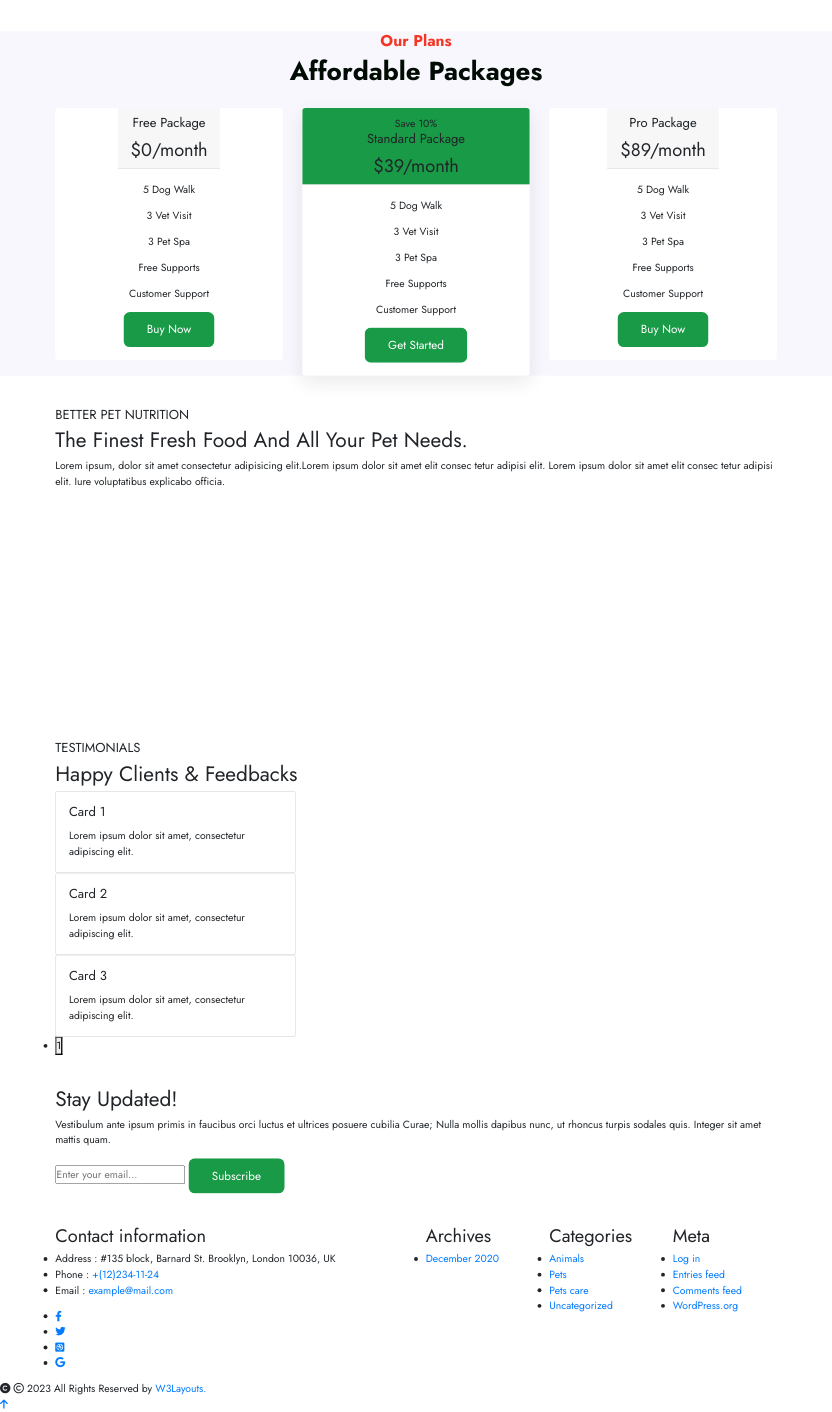
Repository: thanhfrankie/poochcare
Page: index.html
An editor plug-in stored every save of this project. The page is shown before and after the next save, followed by the edit.
The browser window is 1280 px wide. The pictures show the whole page, at 65% of full size.
Pictures or frames that could not be fetched are drawn as grey boxes.

Above is the page before, as saved 2023-12-20 22:04:26.

### index.html
<!DOCTYPE html>
<html lang="en">
  <head>
    <title>Pooch Care</title>
    <!-- Required meta tags -->
    <meta charset="utf-8" />
    <meta
      name="viewport"
      content="width=device-width, initial-scale=1, shrink-to-fit=no"
    />
    <!-- FONT AWESOME -->
    <link
      rel="stylesheet"
      href="https://cdnjs.cloudflare.com/ajax/libs/font-awesome/6.4.2/css/all.min.css"
      integrity="sha512-z3gLpd7yknf1YoNbCzqRKc4qyor8gaKU1qmn+CShxbuBusANI9QpRohGBreCFkKxLhei6S9CQXFEbbKuqLg0DA=="
      crossorigin="anonymous"
      referrerpolicy="no-referrer"
    />
    <!-- Bootstrap CSS -->
    <link
      rel="stylesheet"
      href="https://stackpath.bootstrapcdn.com/bootstrap/4.3.1/css/bootstrap.min.css"
      integrity="sha384-ggOyR0iXCbMQv3Xipma34MD+dH/1fQ784/j6cY/iJTQUOhcWr7x9JvoRxT2MZw1T"
      crossorigin="anonymous"
    />
    <!-- Font Jost -->
    <link rel="preconnect" href="https://fonts.googleapis.com" />
    <link rel="preconnect" href="https://fonts.gstatic.com" crossorigin />
    <link
      href="https://fonts.googleapis.com/css2?family=Jost:wght@300;400;700&display=swap"
      rel="stylesheet"
    />
    <!-- Pricing CSS -->
    <link rel="stylesheet" href="./css/pricing.css" />
    <!-- pet food CSS (em đặt tên nutrition hay pet-nutrition hay pet__nutrition nó không cho đặt vậy ạ) -->
    <link rel="stylesheet" href="./css/petfood.css" />
    <!-- Testimonials CSS -->
    <link rel="stylesheet" href="./css/testimonials.css" />
    <!-- Subscribe CSS -->
    <link rel="stylesheet" href="./css/subscribe.css" />
    <!-- footer CSS -->
    <link rel="stylesheet" href="./css/footer.css" />
    <!-- Main CSS -->
    <link rel="stylesheet" href="./css/style.css" />
  </head>
  <body>
    <!-- Pricing -->
    <section class="pricing" id="pricing">
      <div class="container mt-5">
        <div class="title">
          <h4>Our Plans</h4>
          <h2>Affordable Packages</h2>
        </div>
        <div class="row mt-6">
          <!-- Pricing Card 1 -->
          <div class="col-lg-4">
            <div class="card">
              <div class="card-header">
                <h5 class="card-title">Free Package</h5>
                <h3 class="card-text">$0/month</h3>
              </div>
              <div class="card-body">
                <p class="card-text">5 Dog Walk</p>
                <p class="card-text">3 Vet Visit</p>
                <p class="card-text">3 Pet Spa</p>
                <p class="card-text">Free Supports</p>
                <p class="card-text">Customer Support</p>
                <a href="#" class="btn btn-buy">Buy Now</a>
              </div>
            </div>
          </div>

          <!-- Pricing Card 2 -->
          <div class="col-lg-4">
            <div class="card card2">
              <div class="card-header">
                <div class="card-save">Save 10%</div>
                <h5 class="card-title">Standard Package</h5>
                <h3 class="card-text">$39/month</h3>
              </div>
              <div class="card-body">
                <p class="card-text">5 Dog Walk</p>
                <p class="card-text">3 Vet Visit</p>
                <p class="card-text">3 Pet Spa</p>
                <p class="card-text">Free Supports</p>
                <p class="card-text">Customer Support</p>
                <a href="#" class="btn btn-buy">Get Started</a>
              </div>
            </div>
          </div>

          <!-- Pricing Card 3 -->
          <div class="col-lg-4">
            <div class="card">
              <div class="card-header">
                <h5 class="card-title">Pro Package</h5>
                <h3 class="card-text">$89/month</h3>
              </div>
              <div class="card-body">
                <p class="card-text">5 Dog Walk</p>
                <p class="card-text">3 Vet Visit</p>
                <p class="card-text">3 Pet Spa</p>
                <p class="card-text">Free Supports</p>
                <p class="card-text">Customer Support</p>
                <a href="#" class="btn btn-buy">Buy Now</a>
              </div>
            </div>
          </div>
        </div>
      </div>
    </section>
    <!-- PET NUTRITION -->
    <section class="nutrition">
      <div class="container mt-5">
        <h5>BETTER PET NUTRITION</h5>
        <h2>The Finest Fresh Food And All Your Pet Needs.</h2>
        <p>
          Lorem ipsum, dolor sit amet consectetur adipisicing elit.Lorem ipsum
          dolor sit amet elit consec tetur adipisi elit. Lorem ipsum dolor sit
          amet elit consec tetur adipisi elit. Iure voluptatibus explicabo
          officia.
        </p>
        <iframe
          width="560"
          height="315"
          src="https://www.youtube.com/embed/JXUTJNv4j6A?si=1nzgvqwKbkVzJ4BS"
          title="YouTube video player"
          frameborder="0"
          allow="accelerometer; autoplay; clipboard-write; encrypted-media; gyroscope; picture-in-picture; web-share"
          allowfullscreen
        ></iframe>
      </div>
    </section>
    <!-- TESTIMONIALS -->
    <section class="testimonial">
      <div class="container mt-5">
        <h5>TESTIMONIALS</h5>
        <h2>Happy Clients & Feedbacks</h2>
        <div class="slick-carousel">
          <!-- Slick Carousel Item 1 -->
          <div class="card">
            <div class="card-body">
              <h5 class="card-title">Card 1</h5>
              <p class="card-text">
                Lorem ipsum dolor sit amet, consectetur adipiscing elit.
              </p>
            </div>
          </div>

          <!-- Slick Carousel Item 2 -->
          <div class="card">
            <div class="card-body">
              <h5 class="card-title">Card 2</h5>
              <p class="card-text">
                Lorem ipsum dolor sit amet, consectetur adipiscing elit.
              </p>
            </div>
          </div>

          <!-- Slick Carousel Item 3 -->
          <div class="card">
            <div class="card-body">
              <h5 class="card-title">Card 3</h5>
              <p class="card-text">
                Lorem ipsum dolor sit amet, consectetur adipiscing elit.
              </p>
            </div>
          </div>
        </div>
      </div>
    </section>
    <!-- Subscribe -->
    <section class="subscribe">
      <div class="container mt-5">
        <h2>Stay Updated!</h2>
        <p>
          Vestibulum ante ipsum primis in faucibus orci luctus et ultrices
          posuere cubilia Curae; Nulla mollis dapibus nunc, ut rhoncus turpis
          sodales quis. Integer sit amet mattis quam.
        </p>
        <input
          type="email"
          name=""
          id="subscribe"
          placeholder="Enter your email..."
        />
        <button class="btn">Subscribe</button>
      </div>
    </section>
    <footer>
      <div class="container mt-5">
        <div class="row">
          <div class="col-lg-6">
            <h3>Contact information</h3>
            <ul class="footer__contact">
              <li>
                Address : #135 block, Barnard St. Brooklyn, London 10036, UK
              </li>
              <li>
                Phone :
                <span>
                  <a href="#">+(12)234-11-24</a>
                </span>
              </li>
              <li>
                Email :
                <span>
                  <a href="#">example@mail.com</a>
                </span>
              </li>
            </ul>
            <ul class="footer__social">
              <li>
                <a href="https://www.facebook.com/w3layouts/">
                  <i class="fa-brands fa-facebook-f"></i
                ></a>
              </li>
              <li>
                <a href="https://twitter.com/W3layouts"
                  ><i class="fa-brands fa-twitter"></i
                ></a>
              </li>
              <li>
                <a href="https://dribbble.com/w3layouts"
                  ><i class="fa-brands fa-square-dribbble"></i
                ></a>
              </li>
              <li>
                <a href="https://myaccount.google.com/intro/profile"
                  ><i class="fa-brands fa-google"></i
                ></a>
              </li>
            </ul>
          </div>
          <div class="col-lg-6">
            <div class="row">
              <div class="col-sm-4">
                <h3>Archives</h3>
                <ul>
                  <li>
                    <a href="#"> December 2020 </a>
                  </li>
                </ul>
              </div>
              <div class="col-sm-4">
                <h3>Categories</h3>
                <ul>
                  <li>
                    <a href="#"> Animals </a>
                  </li>
                  <li>
                    <a href="#"> Pets </a>
                  </li>
                  <li>
                    <a href="#"> Pets care </a>
                  </li>
                  <li>
                    <a href="#"> Uncategorized </a>
                  </li>
                </ul>
              </div>
              <div class="col-sm-4">
                <h3>Meta</h3>
                <ul>
                  <li>
                    <a href="#"> Log in </a>
                  </li>
                  <li>
                    <a href="#"> Entries feed </a>
                  </li>
                  <li>
                    <a href="#"> Comments feed </a>
                  </li>
                  <li>
                    <a href="#"> WordPress.org </a>
                  </li>
                </ul>
              </div>
            </div>
          </div>
        </div>
      </div>
      <div class="copyright">
        <i class="fa fa-copyright" aria-hidden="true"></i>
        <i class="fa-regular fa-copyright"></i>
        <span
          >2023 All Rights Reserved by
          <a href="https://w3layouts.com/">W3Layouts.</a></span
        >
      </div>
    </footer>
    <a href="#" class="backToTop cd-top text-replace js-cd-top">
      <i class="fa fa-arrow-up"></i>
    </a>
    <!-- Optional JavaScript -->
    <!-- jQuery first, then Popper.js, then Bootstrap JS -->
    <script
      src="https://code.jquery.com/jquery-3.3.1.slim.min.js"
      integrity="sha384-q8i/X+965DzO0rT7abK41JStQIAqVgRVzpbzo5smXKp4YfRvH+8abtTE1Pi6jizo"
      crossorigin="anonymous"
    ></script>
    <script
      src="https://cdnjs.cloudflare.com/ajax/libs/popper.js/1.14.7/umd/popper.min.js"
      integrity="sha384-UO2eT0CpHqdSJQ6hJty5KVphtPhzWj9WO1clHTMGa3JDZwrnQq4sF86dIHNDz0W1"
      crossorigin="anonymous"
    ></script>
    <script
      src="https://stackpath.bootstrapcdn.com/bootstrap/4.3.1/js/bootstrap.min.js"
      integrity="sha384-JjSmVgyd0p3pXB1rRibZUAYoIIy6OrQ6VrjIEaFf/nJGzIxFDsf4x0xIM+B07jRM"
      crossorigin="anonymous"
    ></script>
    <!-- slick carousel  -->
    <script
      src="https://cdnjs.cloudflare.com/ajax/libs/slick-carousel/1.8.1/slick.min.js"
      integrity="sha512-XtmMtDEcNz2j7ekrtHvOVR4iwwaD6o/FUJe6+Zq+HgcCsk3kj4uSQQR8weQ2QVj1o0Pk6PwYLohm206ZzNfubg=="
      crossorigin="anonymous"
      referrerpolicy="no-referrer"
    ></script>
    <script>
      // Initialize Slick Carousel
      $(".slick-carousel").slick({
        slidesToShow: 3,
        slidesToScroll: 1,
        dots: true,
        prevArrow: '<button type="button" class="slick-prev">&#9665;</button>',
        nextArrow: '<button type="button" class="slick-next">&#9655;</button>',
        responsive: [
          {
            breakpoint: 768,
            settings: {
              slidesToShow: 2,
            },
          },
          {
            breakpoint: 576,
            settings: {
              slidesToShow: 1,
            },
          },
        ],
      });
    </script>
  </body>
</html>

### css/pricing.css
.pricing {
  background-color: #f9f7fe;
}
.pricing .container {
  width: 100%;
}
.pricing .container .title {
  display: flex;
  justify-content: center;
  align-items: center;
  flex-direction: column;
  padding-bottom: 25px;
}
.pricing .container .title h4 {
  color: #f53626;
  font-weight: 550;
}
.pricing .title h2 {
  font-size: 40px;
  font-weight: 600;
  line-height: 48px;
  text-transform: capitalize;
  color: #000c04;
}
.pricing .container .row {
  /* border: 1px solid blue; */
}
.pricing .container .row .card {
  display: flex;
  justify-content: center;
  align-items: center;
  flex-direction: column;
  text-align: center;
  background-color: #ffffff;
  border-radius: 5px;
  border: none;
}
.pricing .container .row .card2 {
  box-shadow: 0 10px 30px 0 rgba(17, 17, 17, 0.09);
  z-index: 1;
}
.pricing .container .row .card2 .card-header {
  width: 100%;
  background-color: #189a46;
  border-top-right-radius: 5px;
  border-top-left-radius: 5px;
  line-height: 1.5;
}
.btn-buy {
    background-color: #189a46;
}
.btn-buy:hover,.btn {
    background-color: #189a46;
    padding: 12px 35px;
    font-size: 18px;
    line-height: 28px;
    text-transform: capitalize;
    font-weight: 400;
    color: white;
    border-radius: 10px;
}
.btn:hover {
    color: #fff;
    background-color: #116E32;
    border-color: #116E32;
}

### css/testimonials.css
TESTIMONIALS

### css/style.css
/* Global */
* {
  padding: 0;
  margin: 0;
  box-sizing: border-box;
}
html,
body {
  font-family: "Jost", sans-serif;
}

Loaded but not shown: css/footer.css (no copy from this time; the picture is the same without it); css/petfood.css (no copy from this time; the picture is the same without it); css/subscribe.css (no copy from this time; the picture is the same without it)

After the next save:
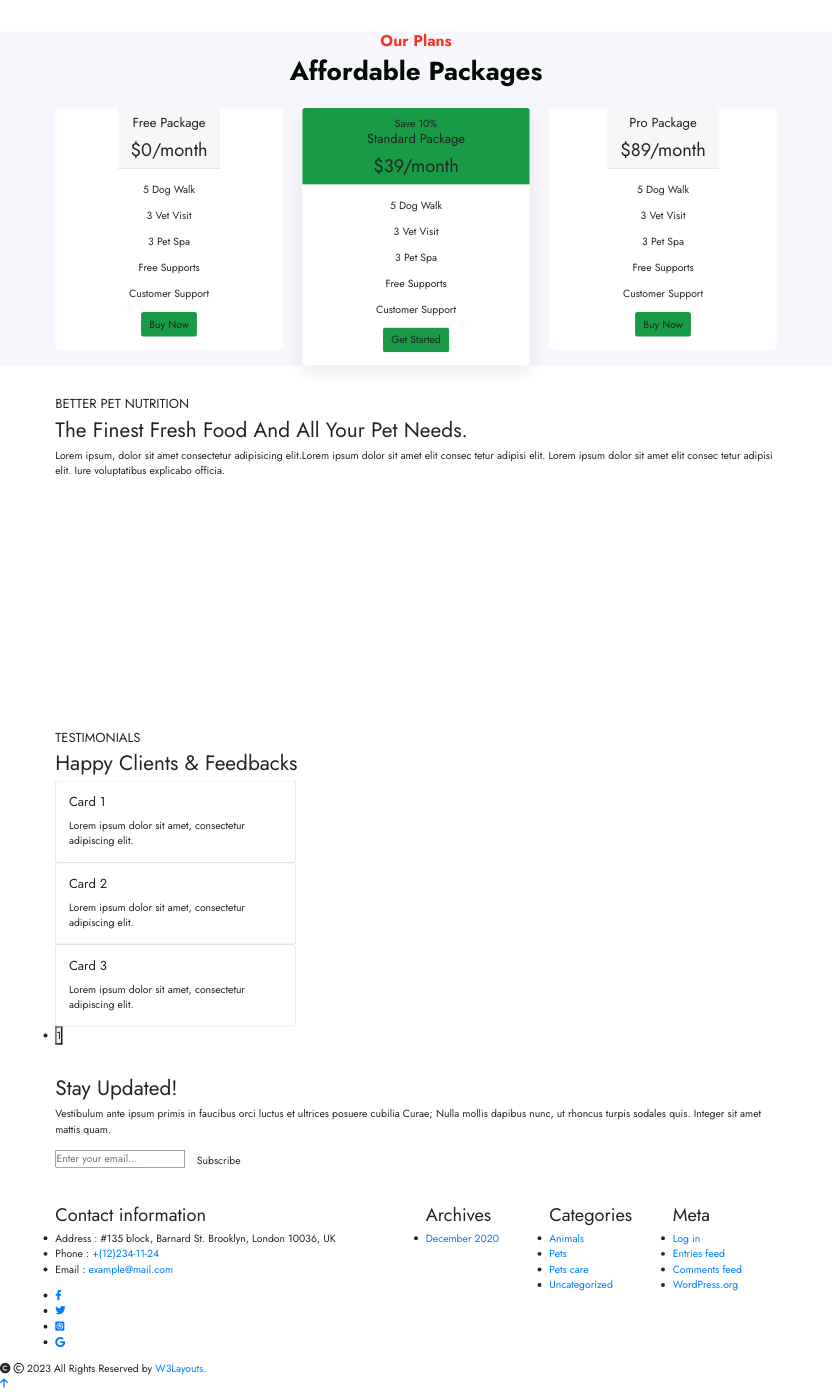
Saved 8 s later.
--- a/css/pricing.css
+++ b/css/pricing.css
@@ -49,7 +49,7 @@
 .btn-buy {
     background-color: #189a46;
 }
-.btn-buy:hover,.btn {
+.btn-buy:hover {
     background-color: #189a46;
     padding: 12px 35px;
     font-size: 18px;
